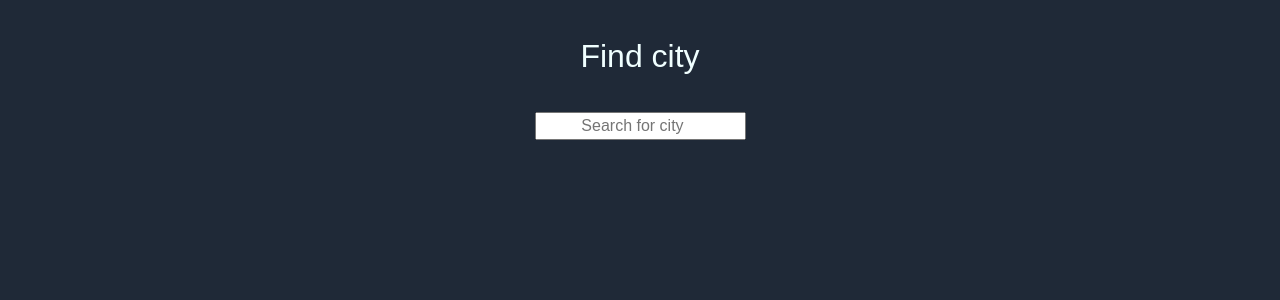
Repository: dung8466/Javascript30
Page: Pratice axios/index.html
The author's editor kept a copy of each file at every save. The page is drawn from the files as they stood at one save, then again after the next save.
The browser window is 1280 px wide. The pictures show the whole page.

Above is the page before, as saved 2022-07-20 16:12:43.

After the next save:
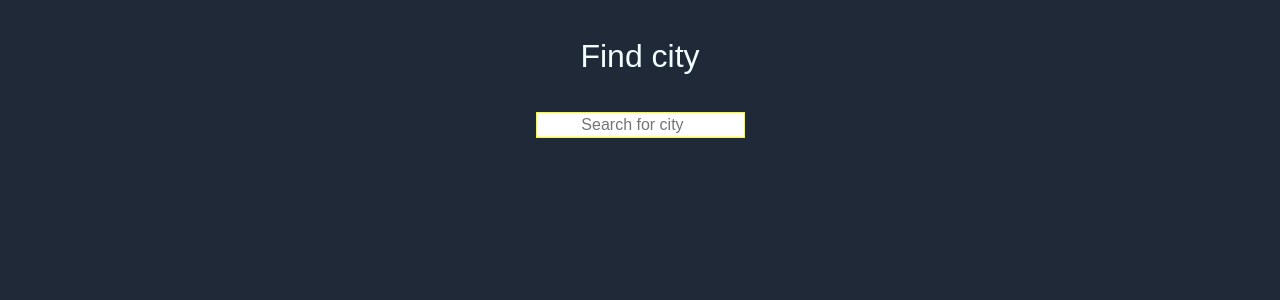
Saved 21 s later.
--- a/Pratice axios/style.css
+++ b/Pratice axios/style.css
@@ -27,4 +27,5 @@ header{
 
 #input{
     text-align: center;
+    border: 1px solid yellow;
 }
